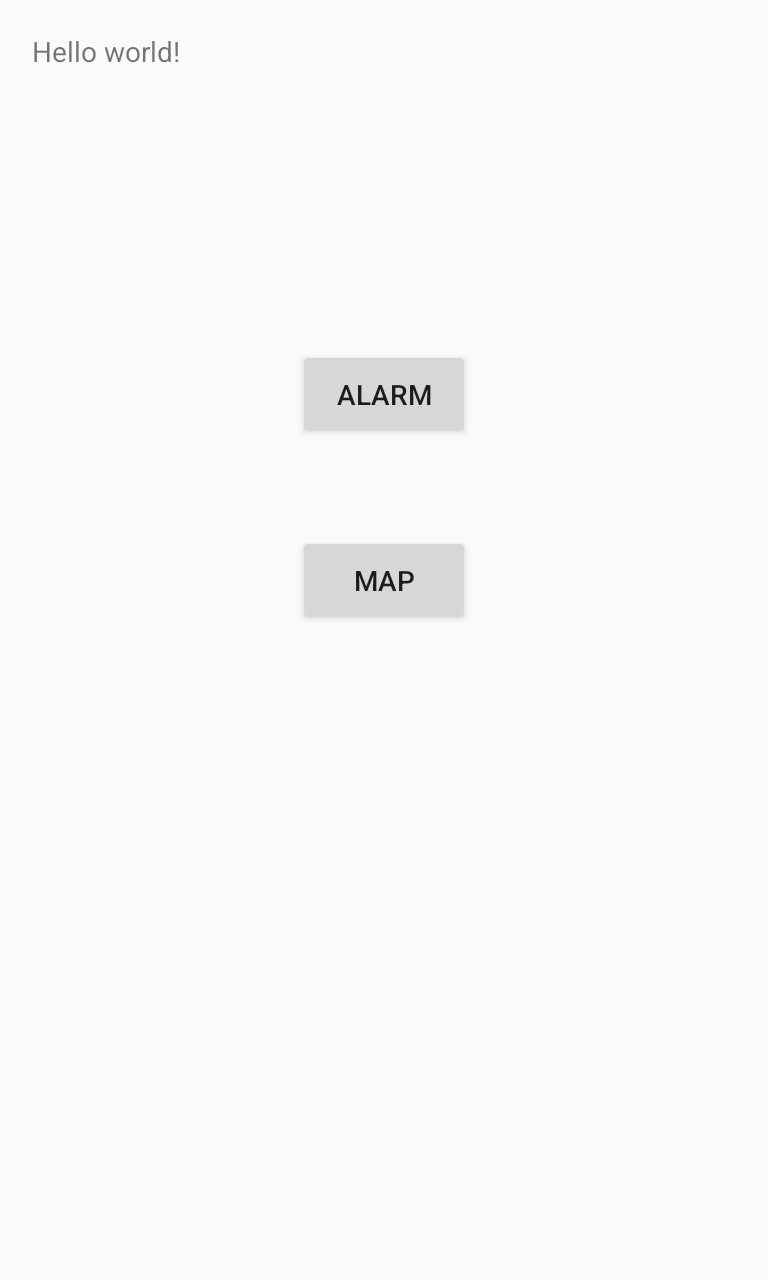
Repository: karakor/SilentSwitch2
Layout: SilentSwitch/res/layout/activity_main.xml
These files come from the project's save history. The layout is drawn as it stood at one moment and after the next save; the edit follows.
It is drawn on a 768 x 1280 px phone screen (xhdpi) without system bars, with theme AppTheme; the app's code is not run.

Above is the layout before, as saved 2015-03-02 10:22:47.

### SilentSwitch/res/layout/activity_main.xml
<RelativeLayout xmlns:android="http://schemas.android.com/apk/res/android"
    xmlns:tools="http://schemas.android.com/tools"
    android:layout_width="match_parent"
    android:layout_height="match_parent"
    android:paddingBottom="@dimen/activity_vertical_margin"
    android:paddingLeft="@dimen/activity_horizontal_margin"
    android:paddingRight="@dimen/activity_horizontal_margin"
    android:paddingTop="@dimen/activity_vertical_margin"
    tools:context="com.example.silentswitch.MainActivity" >

    <TextView
        android:id="@+id/textView1"
        android:layout_width="wrap_content"
        android:layout_height="wrap_content"
        android:text="@string/hello_world" />

    <Button
        android:id="@+id/Alarm_btn"
        android:layout_width="wrap_content"
        android:layout_height="wrap_content"
        android:layout_below="@+id/textView1"
        android:layout_centerHorizontal="true"
        android:layout_marginTop="138dp"
        android:text="@string/Alarm_btn" />

    <Button
        android:id="@+id/Map_btn"
        android:layout_width="wrap_content"
        android:layout_height="wrap_content"
        android:layout_alignLeft="@+id/Alarm_btn"
        android:layout_below="@+id/Alarm_btn"
        android:layout_marginTop="45dp"
        android:text="@string/Map_btn" />

</RelativeLayout>

### SilentSwitch/res/values/strings.xml
<?xml version="1.0" encoding="utf-8"?>
<resources>

    <string name="app_name">SilentSwitch</string>
    <string name="hello_world">Hello world!</string>
    <string name="action_settings">Settings</string>
    <string name="Alarm_btn">ALARM</string>
    <string name="Map_btn">MAP</string>
    <string name="title_activity_map__screen">Map_Screen</string>
    <string name="btn_City">City</string>
    <string name="str_rb_normal">Normal</string>
    <string name="str_rb_satellite">Satellite</string>
    <string name="menu_settings">Settings</string>
    <string name="str_rb_terrain">Terrain</string>
    <string name="title_activity_alarm_screen">AlarmScreen</string>

</resources>

Loaded but not shown: SilentSwitch/res/values/styles.xml (common file); SilentSwitch/res/values-v11/styles.xml (common file); SilentSwitch/res/values-v14/styles.xml (common file); SilentSwitch/res/values/dimens.xml (common file); SilentSwitch/res/values-w820dp/dimens.xml (common file)

After the next save:
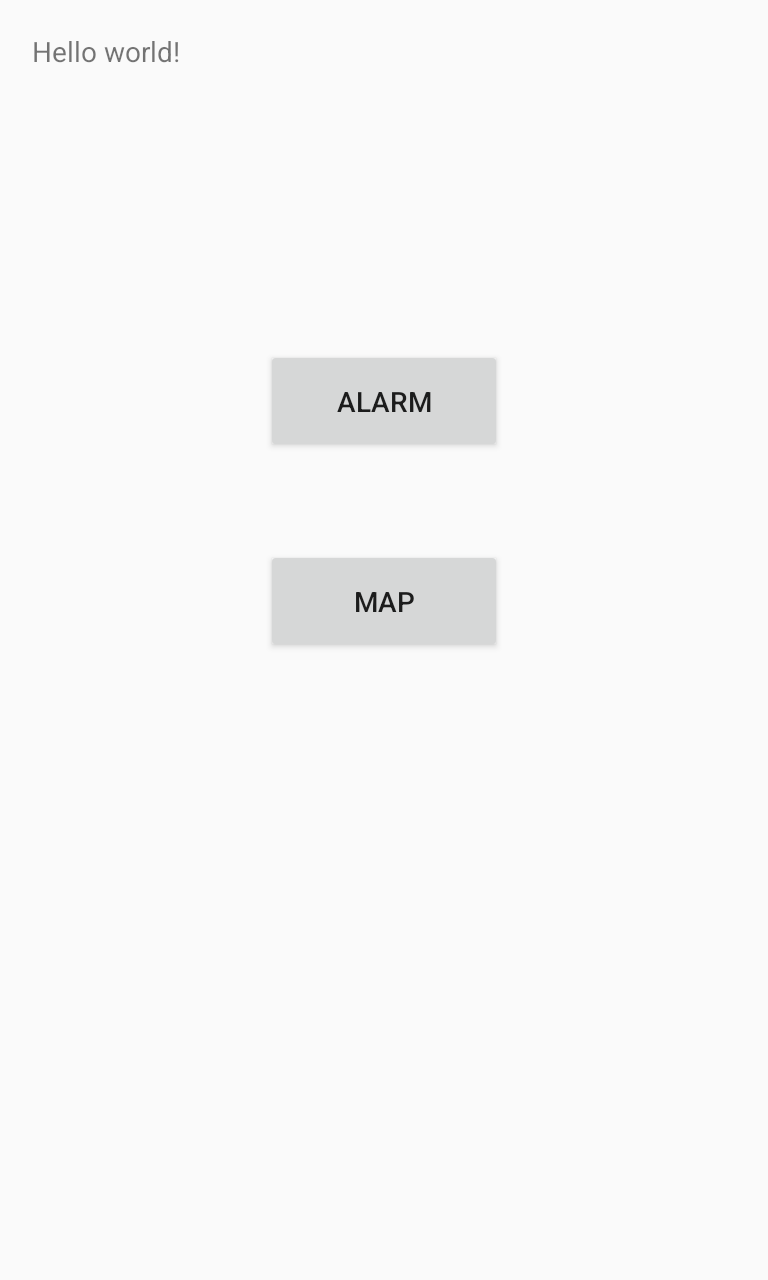
Saved 56 s later.
--- a/SilentSwitch/res/layout/activity_main.xml
+++ b/SilentSwitch/res/layout/activity_main.xml
@@ -21,7 +21,9 @@
         android:layout_below="@+id/textView1"
         android:layout_centerHorizontal="true"
         android:layout_marginTop="138dp"
-        android:text="@string/Alarm_btn" />
+        android:height="55dp"
+        android:text="@string/Alarm_btn"
+        android:width="120dp" />
 
     <Button
         android:id="@+id/Map_btn"
@@ -30,6 +32,8 @@
         android:layout_alignLeft="@+id/Alarm_btn"
         android:layout_below="@+id/Alarm_btn"
         android:layout_marginTop="45dp"
-        android:text="@string/Map_btn" />
+        android:height="55dp"
+        android:text="@string/Map_btn"
+        android:width="120dp" />
 
 </RelativeLayout>
